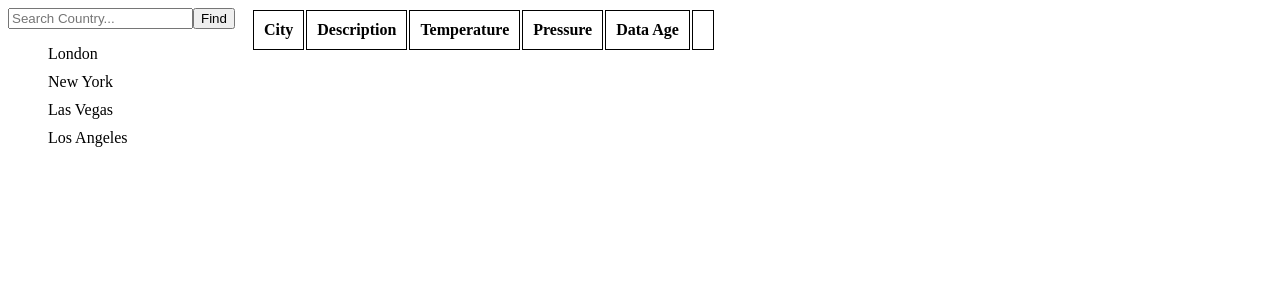
Repository: hey-shubham/WeatherAPI
Page: index.html
The author's editor kept a copy of each file at every save. The page is drawn from the files as they stood at one save, then again after the next save.
The browser window is 1280 px wide. The pictures show the whole page.

Above is the page before, as saved 2022-03-02 21:52:27.

After the next save:
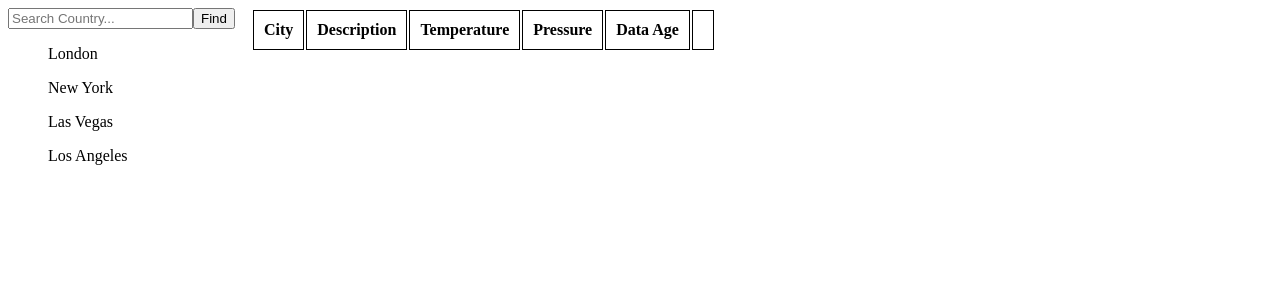
Saved 30 s later.
--- a/style.css
+++ b/style.css
@@ -11,5 +11,5 @@ th,td{
 }
 li{
     list-style: none;
-    margin-top: 10px;
+    margin-top: 1rem;
 }
